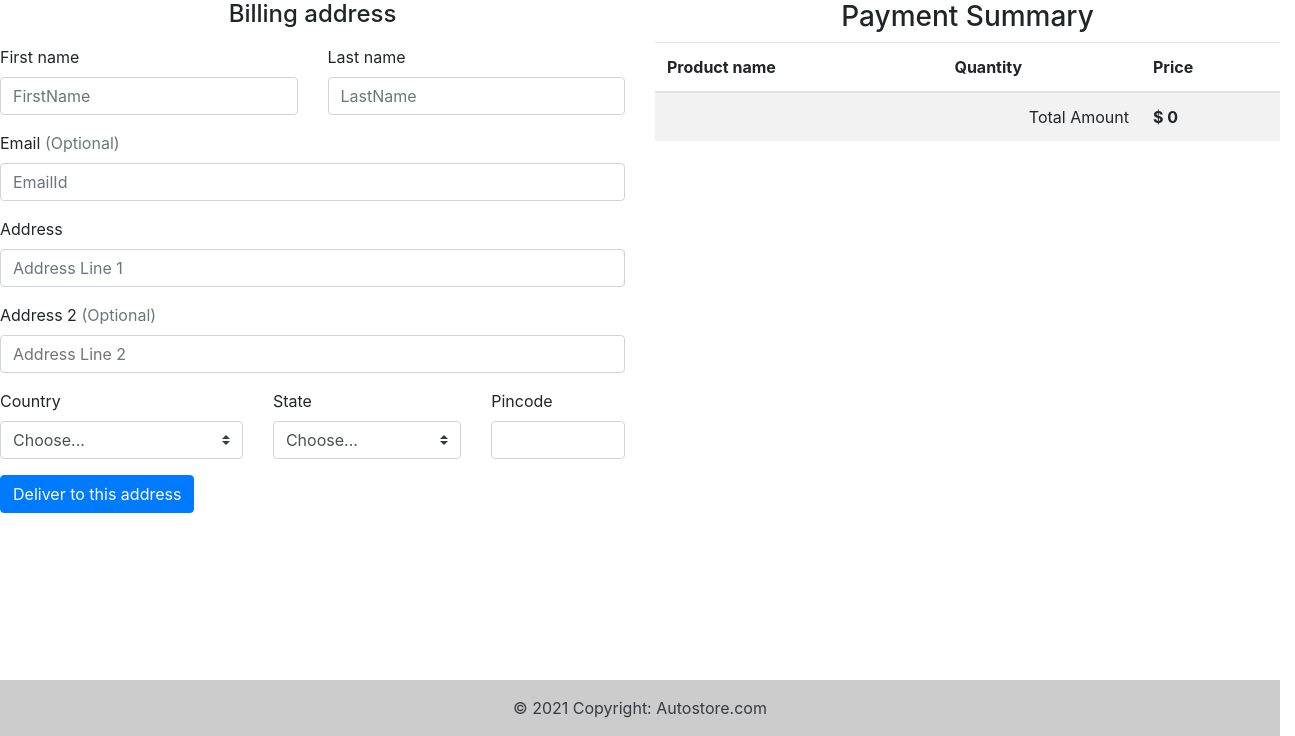
Repository: pravinsakthivel/ecommerce
Page: /checkout
An editor plug-in stored every save of this project. The page is shown before and after the next save, followed by the edit.
The browser window is 1280 px wide. The page is 1295 px wide, so the pictures cover 1295 px, including what lies to the right of the window. The pictures show the whole page.
The project was rebuilt for these pictures with package versions that can differ from the ones it lists, and the page was loaded fresh each time. Also part of the build but not shown: src/components/ProductItem.vue, src/components/UI/ShoppingCartIcon.vue, src/components/UI/NavigationBar.vue, src/components/UI/SearchBar.vue, src/components/ProductDescriptionModal.vue, src/components/ProductList.vue, src/components/CartList.vue, src/components/UI/OrderSuccess.vue and 4 more.

Above is the page before, as saved 2021-04-10 23:27:56.

### public/index.html
<!DOCTYPE html>
<html lang="">
  <head>
    <meta charset="utf-8" />
    <meta http-equiv="X-UA-Compatible" content="IE=edge" />
    <meta name="viewport" content="width=device-width,initial-scale=1.0" />
    <link rel="icon" href="<%= BASE_URL %>favicon.ico" />
    <link
      href="https://fonts.googleapis.com/css?family=Nunito+Sans:400,400i,700,900&display=swap"
      rel="stylesheet"
    />
    <title><%= htmlWebpackPlugin.options.title %></title>
  </head>
  <style>
    #page-container {
      position: relative;
      min-height: 100vh;
    }

    #content-wrap {
      padding-bottom: 2.5rem; /* Footer height */
    }

    #footer {
      position: absolute;
      bottom: 0;
      width: 100%;
      height: 2.5rem; /* Footer height */
    }
  </style>
  <body>
    <noscript>
      <strong
        >We're sorry but <%= htmlWebpackPlugin.options.title %> doesn't work
        properly without JavaScript enabled. Please enable it to
        continue.</strong
      >
    </noscript>
    <div id="page-container">
      <div id="content-wrap">
        <div id="app"></div>
      </div>
      <footer id="footer">
        <div class="text-center text-dark p-3 footer" style="background-color: rgba(0, 0, 0, 0.2);">
          © 2021 Copyright:
          <a class="text-dark" href="#">Autostore.com</a>
        </div>
      </footer>
    </div>
    <!-- built files will be auto injected -->
  </body>
</html>

### src/main.js
import { createApp } from 'vue';
import App from './App.vue';
import router from './router.js';
import store from './store.js';
import 'bootstrap';
import 'font-awesome/css/font-awesome.min.css';
import 'bootstrap/dist/css/bootstrap.min.css';
import BaseButton from "./components/UI/BaseButton.vue";
import BaseBadge from './components/UI/BaseBadge.vue';
import TheJumbotrom from './components/UI/TheJumbotron.vue';
import BaseModal from './components/UI/BaseModal.vue';



const app = createApp(App);
app.use(router);
app.use(store);
app.component('base-button',BaseButton);
app.component('base-badge',BaseBadge);
app.component('the-jumbotron',TheJumbotrom);
app.component('base-modal',BaseModal);
app.mount('#app');

### src/App.vue
<template>
 <router-view></router-view>

</template>

<script>

export default {
  name: 'App',
}
</script>

<style >

</style>

### src/router.js
import { createRouter, createWebHistory } from "vue-router";
import ProductList from "./components/ProductList.vue";
import CartList from "./components/CartList.vue";
import OrderSuccessPage from "./components/UI/OrderSuccess.vue";
import LoginPage from "./components/UI/LoginPage.vue";
import CheckoutPage from "./components/CheckoutPage.vue";

const router = createRouter({
  history: createWebHistory(),
  routes: [
    {
      path: "/",
      redirect: "/login",
    },
    {
      path: "/cartIems",
      component: CartList,
    },
    {
      path: "/products",
      component: ProductList,
    },
    {
      path: "/orderSuccessPage",
      component: OrderSuccessPage,
    },
    {
      path: "/login",
      component: LoginPage,
    },
    {
      path:"/checkout",
      component:CheckoutPage
    }
  ],
});

export default router;

### src/store.js
import {createStore} from 'vuex';
import productModule from './store/products/index.js'

const store = createStore({
   modules:{
        products:productModule
   }
});

export default store;

### src/components/UI/BaseButton.vue
<template>
    <button
        class="btn btn-primary"
        type="submit"
        @click.prevent="clickAction"
      >
        <slot></slot>
      </button>
</template>
<script>
export default {
    emits:['click-action'],
    methods:{
        clickAction(){
            this.$emit('click-action');
        }
    }
}
</script>

### src/components/CheckoutPage.vue
<template>
  <div class="row">
    <div class="col-md-6">
      <h4 class="mb-3 text-center">Billing address</h4>
      <form>
        <div class="row">
          <div class="col-md-6 mb-3">
            <label for="firstName">First name</label>
            <input
              type="text"
              class="form-control"
              id="firstName"
              placeholder="FirstName"
              required
              v-model="firstName"
            />
          </div>
          <div class="col-md-6 mb-3">
            <label for="lastName">Last name</label>
            <input
              type="text"
              class="form-control"
              id="lastName"
              placeholder="LastName"
              v-model="lastName"
              required
            />
          </div>
        </div>
        <div class="mb-3">
          <label for="email"
            >Email <span class="text-muted">(Optional)</span></label
          >
          <input
            type="email"
            class="form-control"
            id="email"
            placeholder="EmailId"
            v-model="emailId"
          />
        </div>

        <div class="mb-3">
          <label for="address">Address</label>
          <input
            type="text"
            class="form-control"
            id="address"
            placeholder="Address Line 1"
            required
            v-model="addressLine1"
          />
        </div>

        <div class="mb-3">
          <label for="address2"
            >Address 2 <span class="text-muted">(Optional)</span></label
          >
          <input
            type="text"
            class="form-control"
            id="address2"
            placeholder="Address Line 2"
            v-model="addressLine2"
          />
        </div>

        <div class="row">
          <div class="col-md-5 mb-3">
            <label for="country">Country</label>
            <select
              class="custom-select d-block w-100"
              id="country"
              v-model="country"
            >
              <option value="">Choose...</option>
              <option>India</option>
            </select>
          </div>
          <div class="col-md-4 mb-3">
            <label for="state">State</label>
            <select
              class="custom-select d-block w-100"
              id="state"
              v-model="state"
            >
              <option value="">Choose...</option>
              <option>Bangalore</option>
            </select>
          </div>
          <div class="col-md-3 mb-3">
            <label for="zip">Pincode</label>
            <input
              type="text"
              class="form-control"
              id="zip"
              placeholder=""
              v-model="pincode"
            />
          </div>
        </div>
        <base-button customClass="btn-warning text-center">Deliver to this address</base-button>
      </form>
    </div>
    <div class="col-md-6">
      <payment-details></payment-details>
    </div>
  </div>
</template>
<script>
import PaymentDetails from "./PaymentDetails.vue";

export default {
  components: {
    PaymentDetails,
  },
  data() {
    return {
      firstName: "",
      lastName: "",
      emailId: "",
      addressLine1: "",
      addressLine2: "",
      country: "",
      state: "",
      pincode: "",
    };
  },
  computed: {
    addressDetails() {
      let address = {
        firstName: this.firstName,
        lastName: this.lastName,
        emailId: this.emailId,
        country: this.country,
        state: this.state,
        addressLine1: this.addressLine1,
        addressLine2: this.addressLine2
      };
      return address;
    },
  },
};
</script>

### src/store/products/index.js
import actions from './actions.js';
import getters from './getters.js';
import mutations from './mutations.js';

export default{
    namespaced:true,
    state(){
        return{
            products: [],
            cartItems: [],
            productsIdsInCart:[],
            searchedItems:[],
            lastUpdated:null,
            loggedInUser :'',
            totalCartValue:0
        }
    },
    actions,
    getters,
    mutations
}

### src/components/PaymentSummary.vue
<template>
  <div>
    <h3 class="text-center">Payment Summary</h3>
    <table class="table table-striped">
      <thead>
        <tr>
          <th>Product name</th>
          <th>Quantity</th>
          <th>Price</th>
        </tr>
      </thead>
      <tbody>
        <tr v-for="item in cartItems" :key="item.productId">
          <td>{{ item.productName }}</td>
          <td>{{ item.quantity }}</td>
          <td>$ {{ item.cartValue ? item.cartValue : item.price }}</td>
        </tr>
        <tr>
          <td colspan="2" class="text-right">Total Amount</td>
          <td>
            <strong>$ {{ totalCartValue }}</strong>
          </td>
        </tr>
      </tbody>
    </table>
  </div>
</template>
<script>
export default {
  computed: {
    totalCartValue() {
      let cartvalue = 0;
      this.cartItems.forEach((element) => {
        cartvalue += element.cartValue ? element.cartValue : element.price;
      });
      this.$store.dispatch('products/setCartValue',cartvalue);
      return cartvalue;
    },
    cartItems() {
      return this.$store.getters["products/getCartItems"];
    },
  },
};
</script>

### src/components/PaymentDetails.vue
<template>
  <payment-summary></payment-summary>
  <paypal-component></paypal-component>
</template>
<script>
import PaypalComponent from './PayPalComponent.vue';
import PaymentSummary from './PaymentSummary.vue';
export default {
  components:{
    PaypalComponent,
    PaymentSummary
  },
  computed: {
    totalCartValue() {
      let cartvalue = 0;
      this.cartItems.forEach((element) => {
        cartvalue += element.cartValue ? element.cartValue : element.price;
      });
      console.log(cartvalue)
      return cartvalue;
    },
    cartItems() {
      return this.$store.getters["products/getCartItems"];
    }
  }
};
</script>

### src/store/products/actions.js
export default {
  async loadProducts(context,forceRefresh) {
    console.log(context.getters.shouldRefresh , forceRefresh);
    if(!context.getters.shouldRefresh && !forceRefresh){
      console.log("sending cache data");
      return;
    }
    console.log("sending fetched data");
    let url = `https://products-data-b01f9-default-rtdb.firebaseio.com/products/-MXaxOFKGRgCKs_OkzrR.json`;
    let response = await fetch(url);
    let responseData = await response.json();
    context.commit("setProducts", responseData);
    context.commit("setTimeStamp");
  },
  setProducts(context, payload) {
    context.commit("setProducts", payload);
  },
  addProductItemToCart(context, product) {
    let cartItems = [...context.getters.getCartItems, product];
    context.dispatch("addProductIdInCart", product.productId);
    context.commit("setCartItems", cartItems);
  },
  addProductIdInCart(context, data) {
    let productIdsInCart = [...context.getters.getproductIdsIncart, data];
    context.commit("setProductIdsInCart", productIdsInCart);
  },
  setCartItems(context, data) {
    context.commit("setCartItems", data);
  },
  removeCartItem(context, productId) {
    let cartItems = context.getters.getCartItems;
    let filteredItems = cartItems.filter((item) => {
      return item.productId != productId;
    });
    context.dispatch("removeProductIdInCart", productId);
    context.commit("setCartItems", filteredItems);
  },
  removeProductIdInCart(context, productId) {
    let productIdsInCart = context.getters.getproductIdsIncart;
    const index = productIdsInCart.indexOf(productId);
    if (index > -1) {
      productIdsInCart.splice(index, 1);
    }
    context.commit("setProductIdsInCart", productIdsInCart);
  },
  setSearchedItems(context, payload) {
    context.commit("setSearchedItems", payload);
  },
  setUser(context,userName){
    context.commit("setUser",userName);
  },
  resetProductIdsInCart(context){
    context.commit("setProductIdsInCart",[])
  },
  setCartValue(context,cartValue){
    context.commit("setCartValue",cartValue)
  }
};

### src/store/products/getters.js
export default {
  getProducts(state) {
    return state.products;
  },
  getCartItems(state) {
    return state.cartItems;
  },
  getproductIdsIncart(state) {
    return state.productsIdsInCart;
  },
  shouldRefresh(state) {
    let lastUpdate = state.lastUpdated;
    if (!lastUpdate) {
      return true;
    }
    const currentTimeStamp = new Date().getTime();
    return (currentTimeStamp - lastUpdate) / 1000 > 60;
  },
  getSearchItems(state){
      return state.searchedItems;
  },
  getLoggedInUser(state){
    return state.loggedInUser;
  },
  getCartValue(state){
    return state.totalCartValue;
  }
};

### src/store/products/mutations.js
export default {
  setCartItems(state, payload) {
    state.cartItems = payload;
  },
  setProducts(state, payload) {
    state.products = payload;
  },
  setProductIdsInCart(state, payload) {
    state.productsIdsInCart = payload;
  },
  setTimeStamp(state) {
    state.lastUpdated = new Date().getTime();
  },
  setSearchedItems(state, payload) {
    state.searchedItems = payload;
  },
  setUser(state, userName) {
    state.loggedInUser = userName;
  },
  setCartValue(state,cartValue){
    state.cartValue = cartValue;
  }
};

### src/components/PayPalComponent.vue
<template>
  <div id="paypal-button"></div>
</template>
<script>
export default {
  mounted() {
    let paypalScript = document.createElement("script");
    paypalScript.setAttribute(
      "src",
      "https://www.paypal.com/sdk/js?client-id=AVqt9vrCUVqfc7P88IdNEju9AuBGJq-97Q6YjIoat7qiJp9kvvh4UoYTX6ck6Du60ubYApPewCvAZViN"
    );
    paypalScript.addEventListener("load", this.loadPayPal);
    document.head.appendChild(paypalScript);
  },
  methods:{
      loadPayPal() {

      let self = this;
      let cartValue = this.$store.getters['products/getCartValue'];

      window.paypal
        .Buttons({
          createOrder: function(data, actions) {
          // let totalCartValue = self.cartValue;
            // This function sets up the details of the transaction, including the amount and line item details.
            return actions.order.create({
              purchase_units: [
                {
                  amount: {
                    value: cartValue,
                  },
                },
              ],
            });
          },
          onApprove: function(data, actions) {
            // This function captures the funds from the transaction.
            return actions.order.capture().then(function(details) {
              // This function shows a transaction success message to your buyer.
              self.processPostPayment(details);
            });
          },
        })
        .render("#paypal-button");
    },
     processPostPayment(details) {
      console.log(details);
      this.$store.dispatch("products/setCartItems", []);
      this.$store.dispatch("products/resetProductIdsInCart");
      this.$router.push("orderSuccessPage");
    }
  }
}
</script>

After the next save:
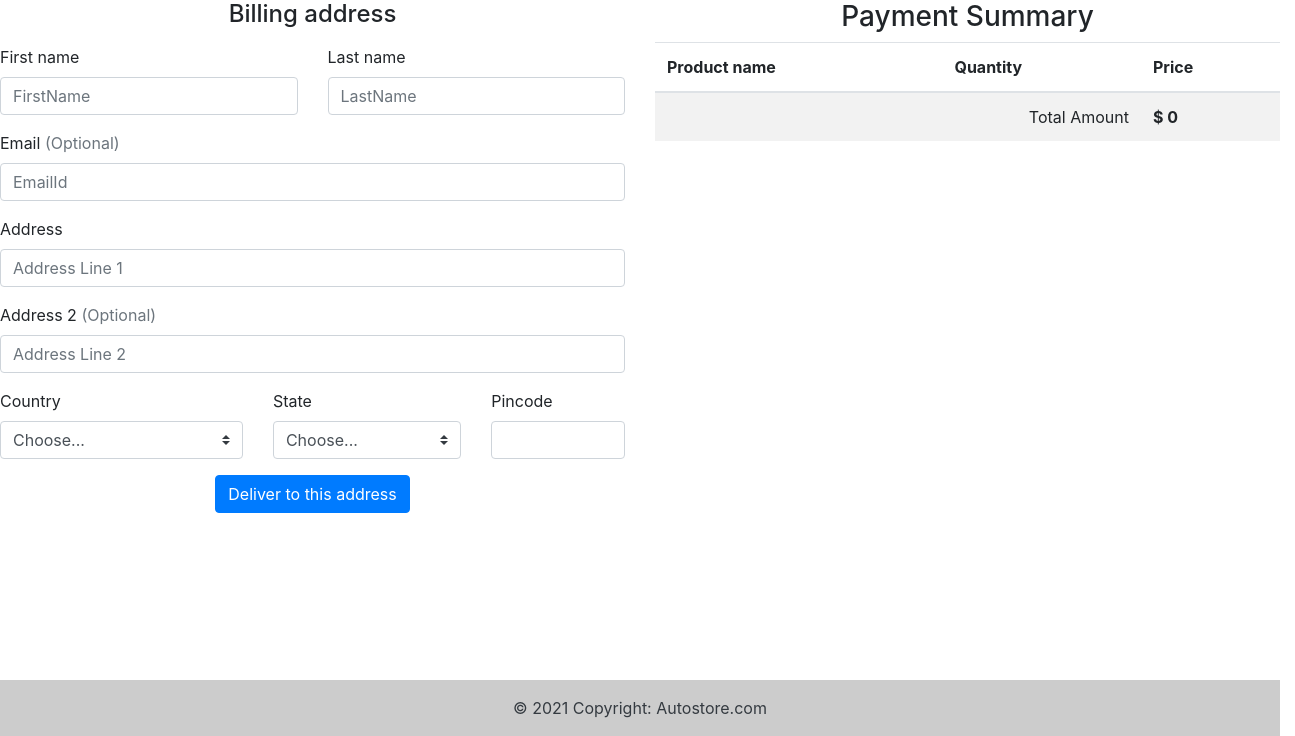
Saved 41 s later.
--- a/src/components/CheckoutPage.vue
+++ b/src/components/CheckoutPage.vue
@@ -99,7 +99,11 @@
             />
           </div>
         </div>
-        <base-button customClass="btn-warning text-center">Deliver to this address</base-button>
+        <div class="text-center">
+          <base-button customClass="btn-warning "
+            >Deliver to this address</base-button
+          >
+        </div>
       </form>
     </div>
     <div class="col-md-6">
@@ -135,7 +139,7 @@ export default {
         country: this.country,
         state: this.state,
         addressLine1: this.addressLine1,
-        addressLine2: this.addressLine2
+        addressLine2: this.addressLine2,
       };
       return address;
     },
